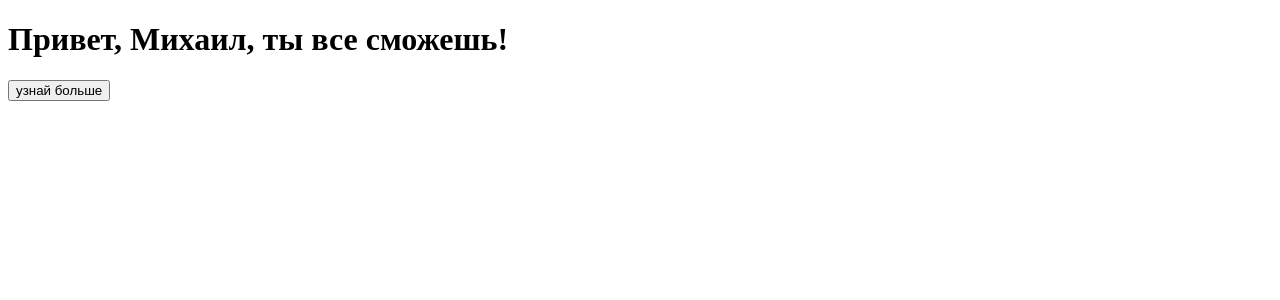
Repository: padka/Fitness-app
Page: /
The author's editor kept a copy of each file at every save. The page is drawn from the files as they stood at one save, then again after the next save.
The browser window is 1280 px wide. The pictures show the whole page.
The project was rebuilt for these pictures with package versions that can differ from the ones it lists, and the page was loaded fresh each time. Also part of the build but not shown: vite.config.js.

Above is the page before, as saved 2024-09-07 18:53:09.

After the next save:
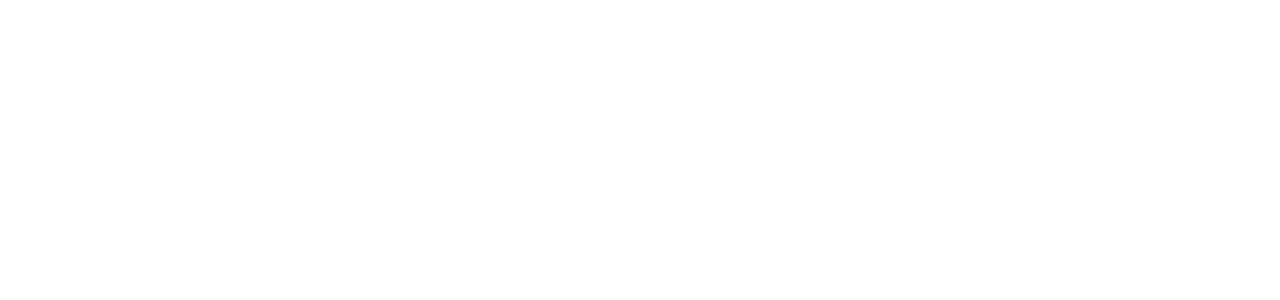
Console error: ReferenceError: userName is not defined
Saved 7 min 3 s later.
--- a/src/App.jsx
+++ b/src/App.jsx
@@ -3,17 +3,23 @@
 
 
 function Greeting() {
-  const userName = 'Михаил';
-  const [motivateMessage, setMotivateMessage] = useState('ты все сможешь')
-
+    const message =[
+      'Ты всё сможешь!',
+    'Вперёд, к новым достижениям!',
+    'Никогда не сдавайся!',
+    'Достигай новых высот!',
+    ];
+    //Состояние для отслеживания текущего сообщения.
+const [messageIndex, setMessageIndex] = useState( 0 );
+    //Функуция для создания текущего сообщения
   const ChangeMessage = ()=>{
-    setMotivateMessage('Вперед, к новым достижениям')
+    setMessageIndex((prevIndex) =>(prevIndex+1 ) % message.length);
   }
 
 
   return (
     <div>
-      <h1>Привет, {userName}, {motivateMessage}!</h1>
+      <h1>Привет, {userName}, {massage[messageIndex]}!</h1>
       <button onClick ={ChangeMessage}> узнай больше </button>
 
     </div>

After the 3 saves that followed:
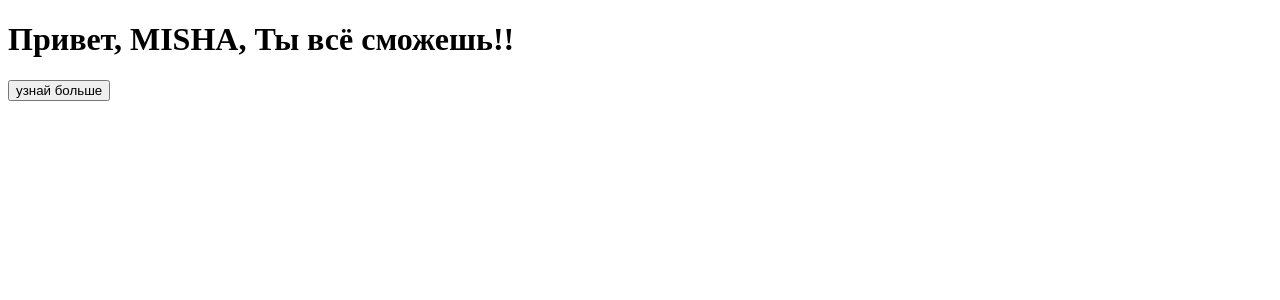
The error is gone.
The 3 saves are shown as one change because 2 left the picture as it was.
The last was saved 5 min 41 s later.
--- a/src/App.jsx
+++ b/src/App.jsx
@@ -3,29 +3,35 @@
 
 
 function Greeting() {
+  // имя пользователя
+  const userName = 'MISHA'
+  // массив мотивационных сообщений
     const message =[
       'Ты всё сможешь!',
     'Вперёд, к новым достижениям!',
     'Никогда не сдавайся!',
     'Достигай новых высот!',
     ];
+
     //Состояние для отслеживания текущего сообщения.
 const [messageIndex, setMessageIndex] = useState( 0 );
-    //Функуция для создания текущего сообщения
+
+//Функуция для создания текущего сообщения
   const ChangeMessage = ()=>{
     setMessageIndex((prevIndex) =>(prevIndex+1 ) % message.length);
   }
 
-
+  // что возвращает функция на экран браузера
   return (
     <div>
-      <h1>Привет, {userName}, {massage[messageIndex]}!</h1>
+      <h1>Привет, {userName}, {message[messageIndex]}!</h1>
       <button onClick ={ChangeMessage}> узнай больше </button>
 
     </div>
   );
 }
 
+// основной компонент, где мы отображаем структуру страницы.
 function App() {
   return (
     <div>
